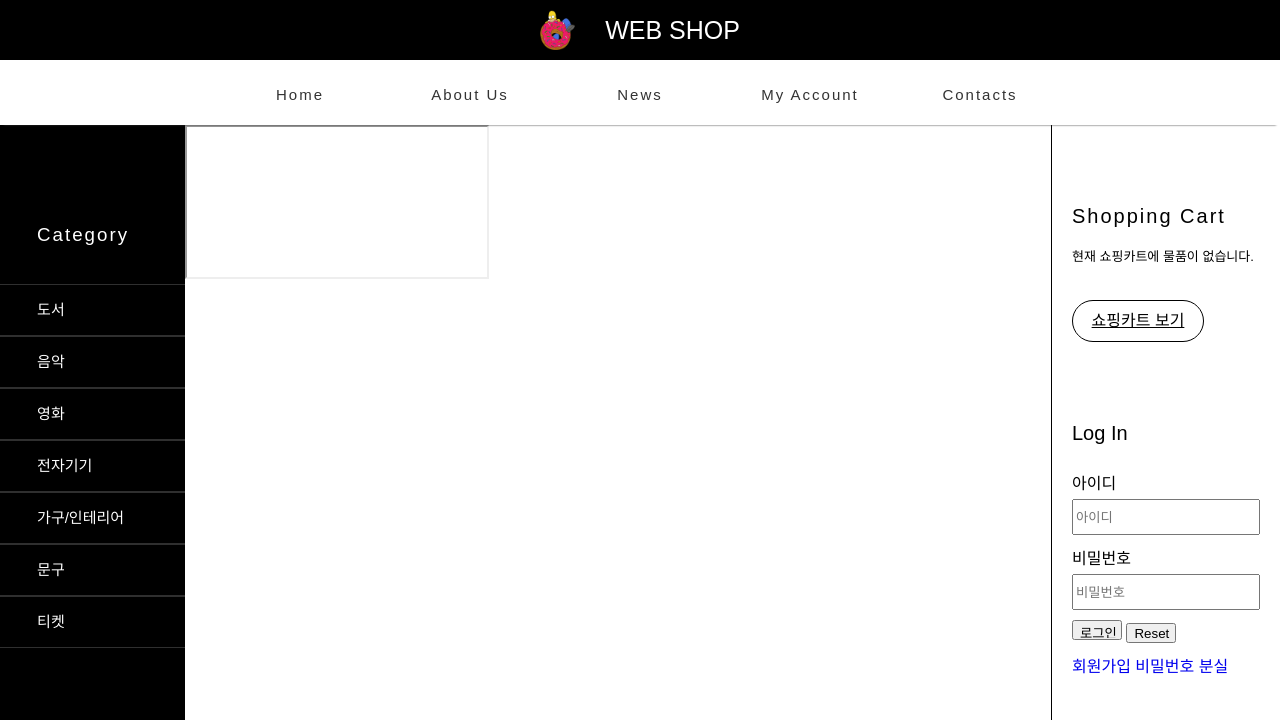
Repository: choidazzi/DDIT
Page: web programming/html/webpro/src/main/webapp/과제/main.html
These files come from the project's save history. The page is drawn as it stood at one moment and after the next save; the edit follows.
The browser window is 1280 px wide. The pictures show the whole page.
The pointer rests on the first visible `#shopcart a`.
Some web fonts or font styles are not loaded; a fallback is used.

Above is the page before, as saved 2023-05-02 11:05:33.

### web programming/html/webpro/src/main/webapp/과제/main.html
<!DOCTYPE html>
<html>
<head>
<meta charset="UTF-8">
<title>Web Shopping</title>
<link rel="stylesheet" href="css/mystyle.css">
</head>
<body>
	<div id="container">
		<header>
			<img alt="logo" src="images/logo.png">
			<h1><a href="main.html">WEB SHOP</a></h1>
		</header>
		<nav>
			<ul>
				<li><a href="#">Home</a></li>
				<li><a href="#">About Us</a></li>
				<li><a href="#">News</a></li>
				<li><a href="#">My Account</a></li>
				<li><a href="#">Contacts</a></li>
			</ul>
		</nav>
		<div id="content">
			<aside id="left">
				<h3>Category</h3>
				<ul>
					<li><a href="book.html" target="ifr">도서</a></li>
					<li><a href="music.html" target="ifr">음악</a></li>
					<li><a href="movie.html" target="ifr">영화</a></li>
					<li><a href="digital.html" target="ifr">전자기기</a></li>
					<li><a href="furniture.html" target="ifr">가구/인테리어</a></li>
					<li><a href="stationary.html" target="ifr">문구</a></li>
					<li><a href="ticket.html" target="ifr">티켓</a></li>
				</ul>
			</aside>
			<section id="main">
				<article id="article1">
					<iframe src = "music.html" name="ifr"></iframe>
				</article>
			</section>
			<aside id="right">
				<div id="shopcart">
					<h4>Shopping Cart</h4>
					<br>
					<p>현재 쇼핑카트에 물품이 없습니다.</p>
					<a href="shopcart.html">쇼핑카트 보기</a>
				</div>
				<div id="login">
					<h4>Log In</h4>
					<form action="#">
					<label for="id">아이디</label>
					<br>
					<input type="text" id="id" placeholder="아이디">
					<br>
					<label for="pass">비밀번호</label>
					<br>
					<input type="text" id="pass" placeholder="비밀번호">
					<br>
					<input type="submit" value="로그인">
					<input type="reset">
					<br>
					<a href="register.html">회원가입</a>
					<a href="#">비밀번호 분실</a>
					</form>
				</div>
			</aside>
		</div>
		<footer>
			<p>Copyright (c) 2023 Web Shop</p>
		</footer>
	</div>
</body>
</html>

### web programming/html/webpro/src/main/webapp/과제/css/mystyle.css
@charset "UTF-8";

@import url('https://cdn.rawgit.com/innks/NanumSquareRound/master/nanumsquareround.min.css');

html, body {
	width: 100%;
	height: 100%;
	overflow: hidden;
}

body, ul, li, p, h4 {
	margin: 0;
	padding: 0;
	font-family: 'NanumSquareRound',sans-serif;
}

ul {
	list-style-type: none;
}

a{
	text-decoration: none;
}
/*header*/
header {
	box-sizing: border-box;
	padding: 10px;
	display: flex;
	height: 60px;
	justify-content: center;
	background: black;
}

header img {
	width: 35px;
	height: 40px;
}

header h1 {
	margin-top: 0px;
	margin-left: 30px;
}

header h1 a {
	font-size: 25px;
	font-weight: 200;
	color: #fff;
}

/*navigation*/
nav {
	position:relative;
	height: 65px;
	box-sizing: border-box;
	background: #fff;
	box-shadow: 0px 4px 2px -4px #333;
	z-index: 100;
	padding: 0px 180px;
}

nav ul {
	display: flex;
	text-align: center;
	justify-content: center;
	height: 100%;
}

nav ul li {
	width: 130px;
	padding: 10px 20px;
	line-height: 50px;
}

nav ul li:hover {
	background: #f8ecff;
	transition: .5s;
}

nav ul li:hover a {
	font-size: 16px;
	font-weight: 500;
	transition: .5s;
}

nav ul li a {
	display: block;
	color: #333;
	font-size: 15px;
	font-weight: 400;
	letter-spacing: 2px;
}

@media ( max-width : 1200px) {
	nav {
		padding: 0px;
	}
	nav ul {
		justify-content: space-between;
	}
}

@media ( max-width : 800px) {
	nav {
		height: 250px;
	}
	nav ul {
		display: flex;
		flex-direction: column;
		align-items: center;
	}
	nav ul li {
		width: 100%;
		margin: 0;
		line-height: 30px;
	}
}

/*content*/
#content {
	display: flex;
	height: 780px;
}

aside {
	flex: 1.5;
}

#left {
	background: #000;
	padding: 80px 0px;
}

#left h3 {
	letter-spacing:2px;
	padding-bottom: 20px;
	padding-left:20%;
	font-weight: 400;
	color: #fff;
}

#left ul li {
	border-top: 1px solid #2f2f2f;
	border-bottom: 1px solid #2f2f2f;
	border-collapse: inherit;
	font-size: 15px;
	height: 50px;
	padding-left:20%;
}

#left ul li a {
	line-height: 50px;
	color: #fff;
}

#left ul li:hover {
	background: #fff;
	transition: .5s;
}
#left ul li:hover a {
	text-decoration: underline;
	font-size: 16px;
	transition: .5s;
	color: #000;
}

#right {
	box-sizing: border-box;
	/* background:	#fbedfb; */
	padding: 80px 20px;
	border-left: 1px solid black;

}

#shopcart h4 {
	letter-spacing: 2px;
	font-size: 20px;
	font-weight: 300;
}

#shopcart p {
	font-size: 13px;
	margin-bottom: 15px;
}

#shopcart a{
	text-align: center;
	display: inline-block;
	color: #000;
	border: 1px solid #000;
	width: 130px;
	height: 40px;
	border-radius: 30px;
	text-align: center;
	line-height: 40px;
	margin-top: 20px;
}

#shopcart a:hover{
	text-decoration: underline;
}

#login {
	margin-top: 80px;
}
#login h4{
	font-size: 20px;
	font-weight: 300;
	margin-bottom: 25px;
}

#login input {
	margin-bottom: 10px;

}

#login input[type="text"]
, #login input[type="pass"] {
	width: 180px;
	height: 30px;
}

#login input[type="submit"]
, #login input[type="reset"]{
	width: 50px;
	height: 20px;
	background
}
#login label{
	display: inline-block;
	margin-bottom: 5px;
}

section {
	flex: 7;
}

aside, section {
	box-sizing: border-box;
}

/*footer*/
footer {
	height: 100px;
	background: #363636;
	padding-top: 25px;
}

footer p {
	font-size: 16px;
	text-align: center;
	color: #fff;
}

Loaded but not shown: web programming/html/webpro/src/main/webapp/과제/music.html (common file)

After the next save:
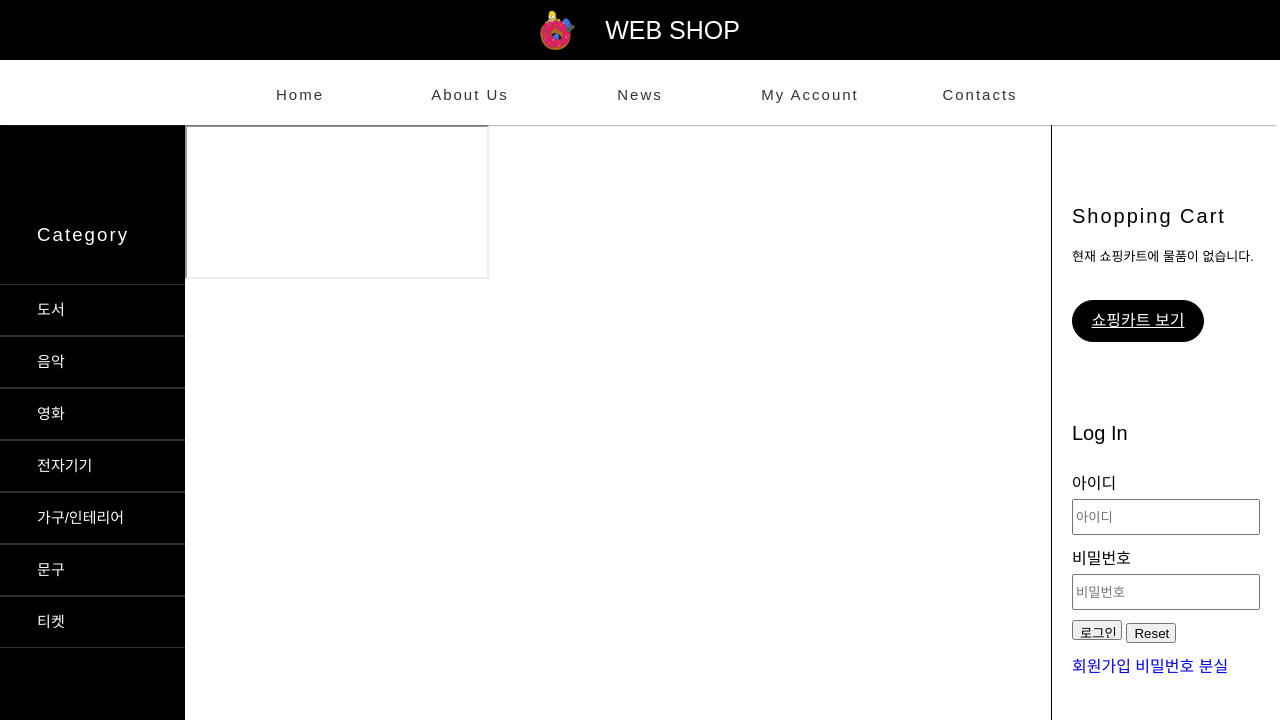
Saved 29 s later.
--- a/web programming/html/webpro/src/main/webapp/과제/css/mystyle.css
+++ b/web programming/html/webpro/src/main/webapp/과제/css/mystyle.css
@@ -197,6 +197,8 @@
 
 #shopcart a:hover{
 	text-decoration: underline;
+	color: #fff;
+	background: #000;'
 }
 
 #login {
